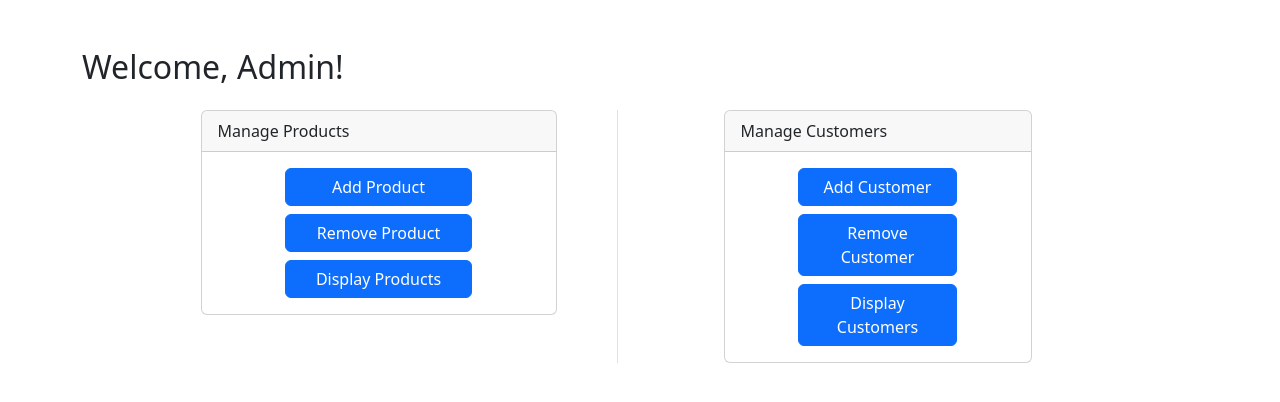
Repository: satvikagrasani/Layered-Architecture
Page: http://localhost/OnlineShoppingSystem/admindashboard.jsp
The author's editor kept a copy of each file at every save. The page is drawn from the files as they stood at one save, then again after the next save.
The browser window is 1280 px wide. The pictures show the whole page.
The page is served by Tomcat 9.

Above is the page before, as saved 2023-09-04 16:57:28.

### Layered Architecture/OnlineShoppingSystem/src/main/webapp/admindashboard.jsp
<%@ page language="java" contentType="text/html; charset=ISO-8859-1"
    pageEncoding="ISO-8859-1"%>
<!doctype html>
<html lang="en">
  <head>
    <meta charset="utf-8">
    <meta name="viewport" content="width=device-width, initial-scale=1">
    <title>Bootstrap demo</title>
    <link href="https://cdn.jsdelivr.net/npm/bootstrap@5.3.1/dist/css/bootstrap.min.css" rel="stylesheet" integrity="sha384-4bw+/aepP/YC94hEpVNVgiZdgIC5+VKNBQNGCHeKRQN+PtmoHDEXuppvnDJzQIu9" crossorigin="anonymous">

    <style>
    .line {
        border-top: 1px solid #ccc; /* Horizontal line color */
        width: 100%;
        max-width: 50px; /* Adjust the width of the line as needed */
    }
	</style>

  </head>
  <body>

    <div class="alert alert-${status}" role="alert" id="errorAlert">
	    ${successMessage}
	</div>

            <script>
                setTimeout(function() {
                    var errorAlert = document.getElementById('errorAlert');
                    if (errorAlert) {
                        errorAlert.style.display = 'none';
                    }
                }, 4000); // Hide after 4 seconds
            </script>





    <div class="container mt-5">
        <h2>Welcome, Admin!</h2>
        <div class="row mt-4 justify-content-center">
            <div class="col-md-4">
                <div class="card">
                    <div class="card-header">Manage Products</div>
                    <div class="card-body">

                        <div class="d-grid gap-2 col-7 mx-auto">
						  <button type="button" class="btn btn-primary" data-bs-toggle="modal" data-bs-target="#exampleModalp1"> Add Product </button>
						  <button type="button" class="btn btn-primary" data-bs-toggle="modal" data-bs-target="#exampleModalp2"> Remove Product </button>
						  <a type="button" class="btn btn-primary" href="${pageContext.request.contextPath}/displayProducts?method=get">Display Products</a>
					   </div>

                    </div>


                    <div class="modal fade" id="exampleModalp1" tabindex="-1" aria-labelledby="exampleModalLabel" aria-hidden="true">
					  <div class="modal-dialog">

					    <div class="modal-content">
					      <div class="modal-header">
					        <h1 class="modal-title fs-5" id="exampleModalLabel">Add Product</h1>
					        <button type="button" class="btn-close" data-bs-dismiss="modal" aria-label="Close"></button>
					      </div>

					      <div class="modal-body">

					        <div class="container">
					        	<form action="${pageContext.request.contextPath}/productData" method="post">
								  <div class="mb-3">
								    <label for="pno" class="form-label">Product no</label>
								    <input type="number" name="pno" class="form-control" id="pno" aria-describedby="emailHelp">
								  </div>
								  <div class="mb-3">
								    <label for="pname" class="form-label">Product name</label>
								    <input type="text" name="pname" class="form-control" id="pname">
								  </div>
								  <div class="mb-3">
								    <label for="pprice" class="form-label">Product price</label>
								    <input type="number" name="pprice" class="form-control" id="pprice">
								  </div>
								  <div class="mb-3">
								    <label for="pquant" class="form-label">Product quantity</label>
								    <input type="number" name="pquant" class="form-control" id="pquant">
								  </div>
								  <div class="mb-3">
								    <label for="pdquant" class="form-label">Product discount</label>
								    <input type="number" name="pdquant" class="form-control" id="pdquant">
								  </div>
								  <button type="submit" class="btn btn-primary">Submit</button>
								</form>
					        </div>

					      </div>

					    </div>
					  </div>
					</div>



					<div class="modal fade" id="exampleModalp2" tabindex="-1" aria-labelledby="exampleModalLabel" aria-hidden="true">
					  <div class="modal-dialog">
					    <div class="modal-content">
					      <div class="modal-header">
					        <h1 class="modal-title fs-5" id="exampleModalLabel">Remove Product</h1>
					        <button type="button" class="btn-close" data-bs-dismiss="modal" aria-label="Close"></button>
					      </div>
					      <div class="modal-body">
					        <div class="container">
					        	<form action="${pageContext.request.contextPath}/deleteProduct" method="post">
								  <div class="mb-3">
								    <label for="pno" class="form-label">Product no</label>
								    <input type="number" name="pno" class="form-control" id="pno" aria-describedby="emailHelp">
								  </div>
								  <div class="mb-3">
								    <label for="pname" class="form-label">Product name</label>
								    <input type="text" name="pname" class="form-control" id="pname">
								  </div>

								  <button type="submit" class="btn btn-danger">Remove</button>

								</form>
					        </div>
					      </div>

					    </div>
					  </div>
					</div>




                </div>
            </div>



            <div class="col-md-1 border-start ms-5 "></div>


            <div class="col-md-4 ">
                <div class="card me-5">
                    <div class="card-header">Manage Customers</div>
                    <div class="card-body">

                    <div class="d-grid gap-2 col-7 mx-auto">
						  <button type="button" class="btn btn-primary" data-bs-toggle="modal" data-bs-target="#exampleModal"> Add Customer </button>
						  <button type="button" class="btn btn-primary" data-bs-toggle="modal" data-bs-target="#exampleModal1"> Remove Customer </button>
						  <a type="button" class="btn btn-primary" href="${pageContext.request.contextPath}/displayCustomers?method=get">Display Customers</a>

					</div>

					</div>


					<div class="modal fade" id="exampleModal" tabindex="-1" aria-labelledby="exampleModalLabel" aria-hidden="true">
					  <div class="modal-dialog">

					    <div class="modal-content">
					      <div class="modal-header">
					        <h1 class="modal-title fs-5" id="exampleModalLabel">Add Customer</h1>
					        <button type="button" class="btn-close" data-bs-dismiss="modal" aria-label="Close"></button>
					      </div>

					      <div class="modal-body">

					        <div class="container">
					        	<form action="${pageContext.request.contextPath}/customerData" method="post">
								  <div class="mb-3">
								    <label for="exampleInputEmail1" class="form-label">Enter id</label>
								    <input type="number" name="cusid" class="form-control" id="cusid" aria-describedby="emailHelp">
								  </div>
								  <div class="mb-3">
								    <label for="cusemail" class="form-label">Enter email</label>
								    <input type="email" name="cusemail" class="form-control" id="cusemail">
								  </div>
								  <div class="mb-3">
								    <label for="cusname" class="form-label">Enter name</label>
								    <input type="text" name="cusname" class="form-control" id="cusname">
								  </div>
								  <div class="mb-3">
								    <label for="cuspass" class="form-label">Enter password</label>
								    <input type="text" name="cuspass" class="form-control" id="cuspass">
								  </div>
								  <div class="mb-3">
								    <label for="cusbal" class="form-label">Initial balance</label>
								    <input type="text" name="cusbal" class="form-control" id="cusbal">
								  </div>
								  <button type="submit" class="btn btn-primary">Submit</button>
								</form>
					        </div>
					      </div>

					    </div>
					  </div>
					</div>




					<div class="modal fade" id="exampleModal1" tabindex="-1" aria-labelledby="exampleModalLabel" aria-hidden="true">
					  <div class="modal-dialog">
					    <div class="modal-content">
					      <div class="modal-header">
					        <h1 class="modal-title fs-5" id="exampleModalLabel">Remove Customer</h1>
					        <button type="button" class="btn-close" data-bs-dismiss="modal" aria-label="Close"></button>
					      </div>
					      <div class="modal-body">
					        <div class="container">
					        	<form action="${pageContext.request.contextPath}/deleteCustomer" method="post">
								  <div class="mb-3">
								    <label for="cusid" class="form-label">Enter id</label>
								    <input type="number" name="cusid" class="form-control" id="cusid" aria-describedby="emailHelp">
								  </div>
								  <div class="mb-3">
								    <label for="cusemail" class="form-label">Enter email</label>
								    <input type="email" name="cusemail" class="form-control" id="cusemail">
								  </div>


								  <button type="submit" class="btn btn-danger">Remove</button>
								</form>
					        </div>
					      </div>

					    </div>
					  </div>
					</div>



                    </div>
                </div>
            </div>


        </div>
    </div>



    <script src="https://cdn.jsdelivr.net/npm/bootstrap@5.3.1/dist/js/bootstrap.bundle.min.js" integrity="sha384-HwwvtgBNo3bZJJLYd8oVXjrBZt8cqVSpeBNS5n7C8IVInixGAoxmnlMuBnhbgrkm" crossorigin="anonymous"></script>

    <script src="https://cdn.jsdelivr.net/npm/@popperjs/core@2.11.8/dist/umd/popper.min.js" integrity="sha384-I7E8VVD/ismYTF4hNIPjVp/Zjvgyol6VFvRkX/vR+Vc4jQkC+hVqc2pM8ODewa9r" crossorigin="anonymous"></script>
<script src="https://cdn.jsdelivr.net/npm/bootstrap@5.3.1/dist/js/bootstrap.min.js" integrity="sha384-Rx+T1VzGupg4BHQYs2gCW9It+akI2MM/mndMCy36UVfodzcJcF0GGLxZIzObiEfa" crossorigin="anonymous"></script>

  </body>
</html>

After the next save:
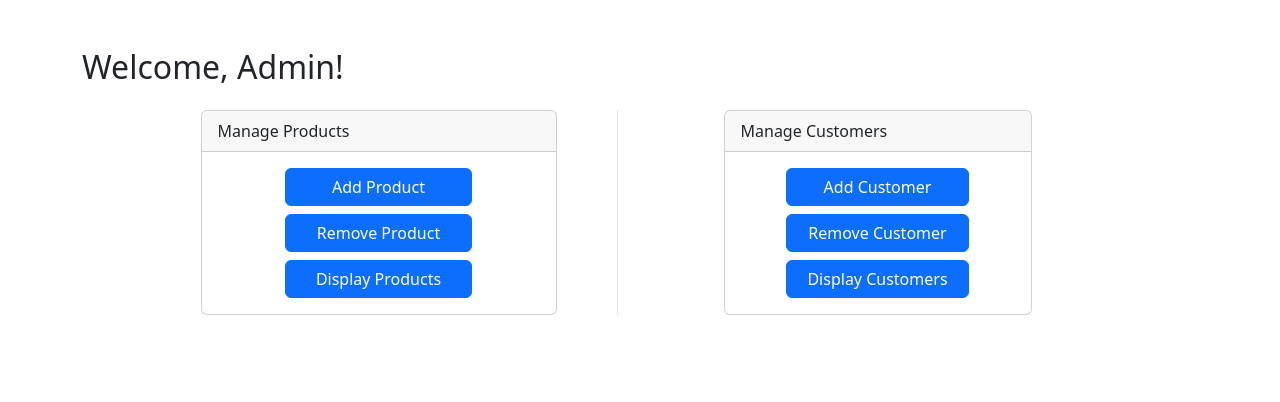
Saved 5 s later.
--- a/Layered Architecture/OnlineShoppingSystem/src/main/webapp/admindashboard.jsp
+++ b/Layered Architecture/OnlineShoppingSystem/src/main/webapp/admindashboard.jsp
@@ -143,7 +143,7 @@
                     <div class="card-header">Manage Customers</div>
                     <div class="card-body">
 
-                    <div class="d-grid gap-2 col-7 mx-auto">
+                    <div class="d-grid gap-2 col-8 mx-auto">
 						  <button type="button" class="btn btn-primary" data-bs-toggle="modal" data-bs-target="#exampleModal"> Add Customer </button>
 						  <button type="button" class="btn btn-primary" data-bs-toggle="modal" data-bs-target="#exampleModal1"> Remove Customer </button>
 						  <a type="button" class="btn btn-primary" href="${pageContext.request.contextPath}/displayCustomers?method=get">Display Customers</a>
